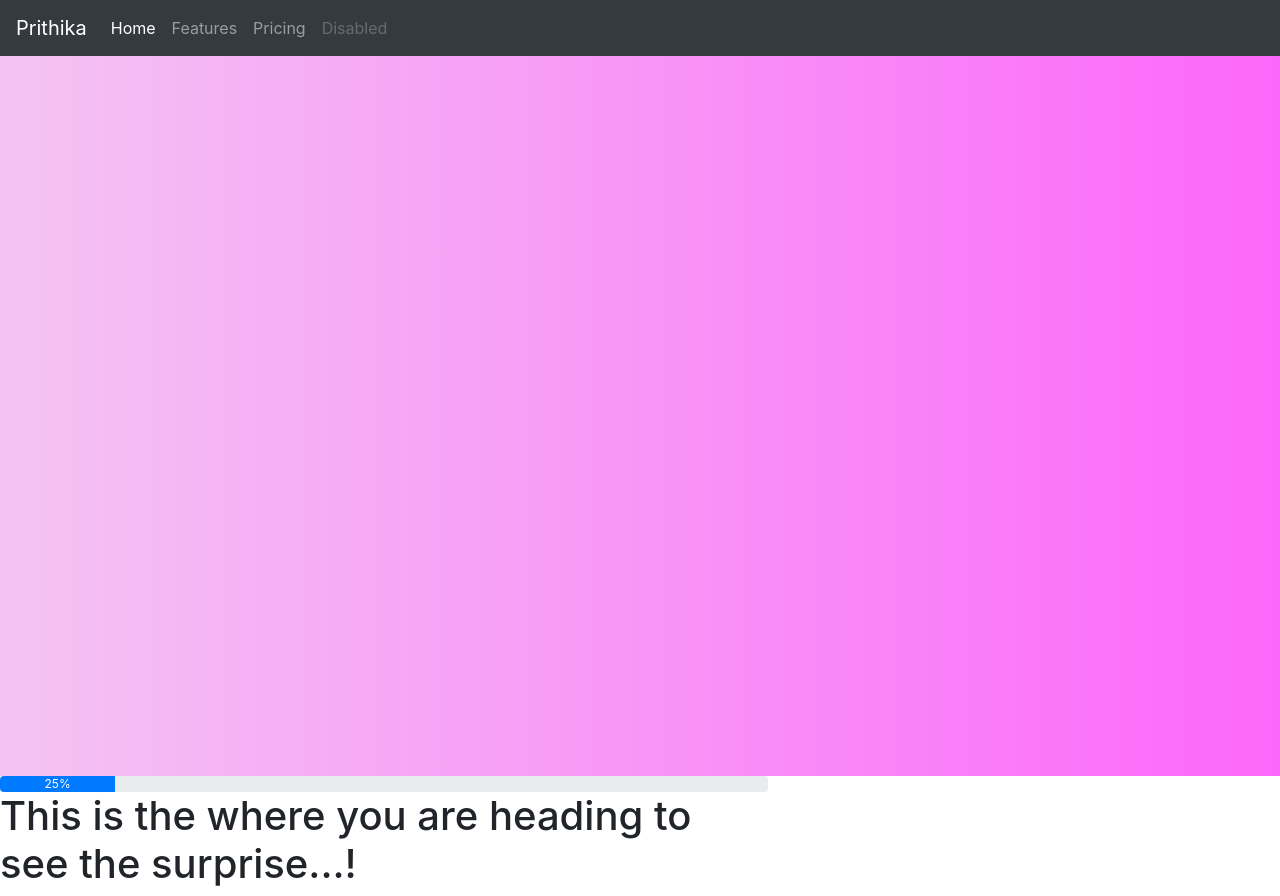
Repository: Imprasna/pritk
Page: index.html
These files come from the project's save history. The page is drawn as it stood at one moment and after the next save; the edit follows.
The browser window is 1280 px wide. The pictures show the whole page.

Above is the page before, as saved 2021-12-15 14:19:10.

### index.html
<!DOCTYPE html>
<html lang="en">

<head>
    <meta charset="UTF-8">
    <meta http-equiv="X-UA-Compatible" content="IE=edge">
    <meta name="viewport" content="width=device-width, initial-scale=1.0">
    <link rel="stylesheet" href="style.css">
    <link rel="stylesheet" href="https://cdn.jsdelivr.net/npm/bootstrap@4.6.1/dist/css/bootstrap.min.css" integrity="sha384-zCbKRCUGaJDkqS1kPbPd7TveP5iyJE0EjAuZQTgFLD2ylzuqKfdKlfG/eSrtxUkn" crossorigin="anonymous">
    <title>Prithika</title>
</head>

<body>

    <header>
        <nav class="navbar navbar-expand-lg navbar-dark bg-dark">
            <a class="navbar-brand" href="#">Prithika</a>
            <button class="navbar-toggler" type="button" data-toggle="collapse" data-target="#navbarNav" aria-controls="navbarNav" aria-expanded="false" aria-label="Toggle navigation">
              <span class="navbar-toggler-icon"></span>
            </button>
            <div class="collapse navbar-collapse" id="navbarNav">
              <ul class="navbar-nav">
                <li class="nav-item active">
                  <a class="nav-link" href="#">Home <span class="sr-only">(current)</span></a>
                </li>
                <li class="nav-item">
                  <a class="nav-link" href="#">Features</a>
                </li>
                <li class="nav-item">
                  <a class="nav-link" href="#">Pricing</a>
                </li>
                <li class="nav-item">
                  <a class="nav-link disabled">Disabled</a>
                </li>
              </ul>
            </div>
          </nav>
    </header>



    <main>

        <section>
            <div class="hero">

            </div>
        </section>

        <section>
            <div class="two">
            <div class="progress">
                <div class="progress-bar" role="progressbar" style="width: 15%;" aria-valuenow="25" aria-valuemin="0" aria-valuemax="100">25%</div>
              </div>
            <h1>This is the where you are heading to see the surprise...!</h1>
        </div>
        </section>


    </main>

    <footer>

    </footer>










    <script src="https://cdn.jsdelivr.net/npm/jquery@3.5.1/dist/jquery.slim.min.js" integrity="sha384-DfXdz2htPH0lsSSs5nCTpuj/zy4C+OGpamoFVy38MVBnE+IbbVYUew+OrCXaRkfj" crossorigin="anonymous"></script>
    <script src="https://cdn.jsdelivr.net/npm/popper.js@1.16.1/dist/umd/popper.min.js" integrity="sha384-9/reFTGAW83EW2RDu2S0VKaIzap3H66lZH81PoYlFhbGU+6BZp6G7niu735Sk7lN" crossorigin="anonymous"></script>
    <script src="https://cdn.jsdelivr.net/npm/bootstrap@4.6.1/dist/js/bootstrap.min.js" integrity="sha384-VHvPCCyXqtD5DqJeNxl2dtTyhF78xXNXdkwX1CZeRusQfRKp+tA7hAShOK/B/fQ2" crossorigin="anonymous"></script>
    <script src="app.js"></script>
</body>

</html>

### style.css
@import url('https://fonts.googleapis.com/css2?family=Mulish:wght@200;300;400;500;600;700&display=swap');

* {
    margin: 0;
    padding: 0;
    box-sizing: border-box;
}

html, body {
    font-family: 'Mulish', sans-serif;
    scroll-behavior: smooth;
}

.hero {
    height: 100vh;
    width: 100%;
    background: linear-gradient(to right, #f4c4f3, #fc67fa);
}

.two {
    width: 60%;
    mr
}

### app.js
$(document).ready(function() {

    // Transition effect for navbar and back-to-top icon
    $(window).scroll(function() {
      // checks if window is scrolled more than 500px, adds/removes solid class
      if($(this).scrollTop() > 550) {
          $('.navbar').addClass('solid');
          $('.back-to-top').addClass('visible');
      } else {
          $('.navbar').removeClass('solid');
          $('.back-to-top').removeClass('visible');
      }

    });


    // Scrolling effect for Arrow icons
    $("#scrollIcon").click(function(e) {
        e.preventDefault();
        $.scrollTo($("#about"), 1000);
    });
    $("#nav-about").click(function(e) {
        e.preventDefault();
        $.scrollTo($("#about"), 1000);
    });
    $("#nav-portfolio").click(function(e) {
        e.preventDefault();
        $.scrollTo($("#portfolio"), 1000);
    });
    $("#nav-contact").click(function(e) {
        e.preventDefault();
        $.scrollTo($("#contact"), 1000);
    });
    $(".navbar-brand").click(function(e) {
        e.preventDefault();
        $.scrollTo(0, 1000);
    });

  });

After the next save:
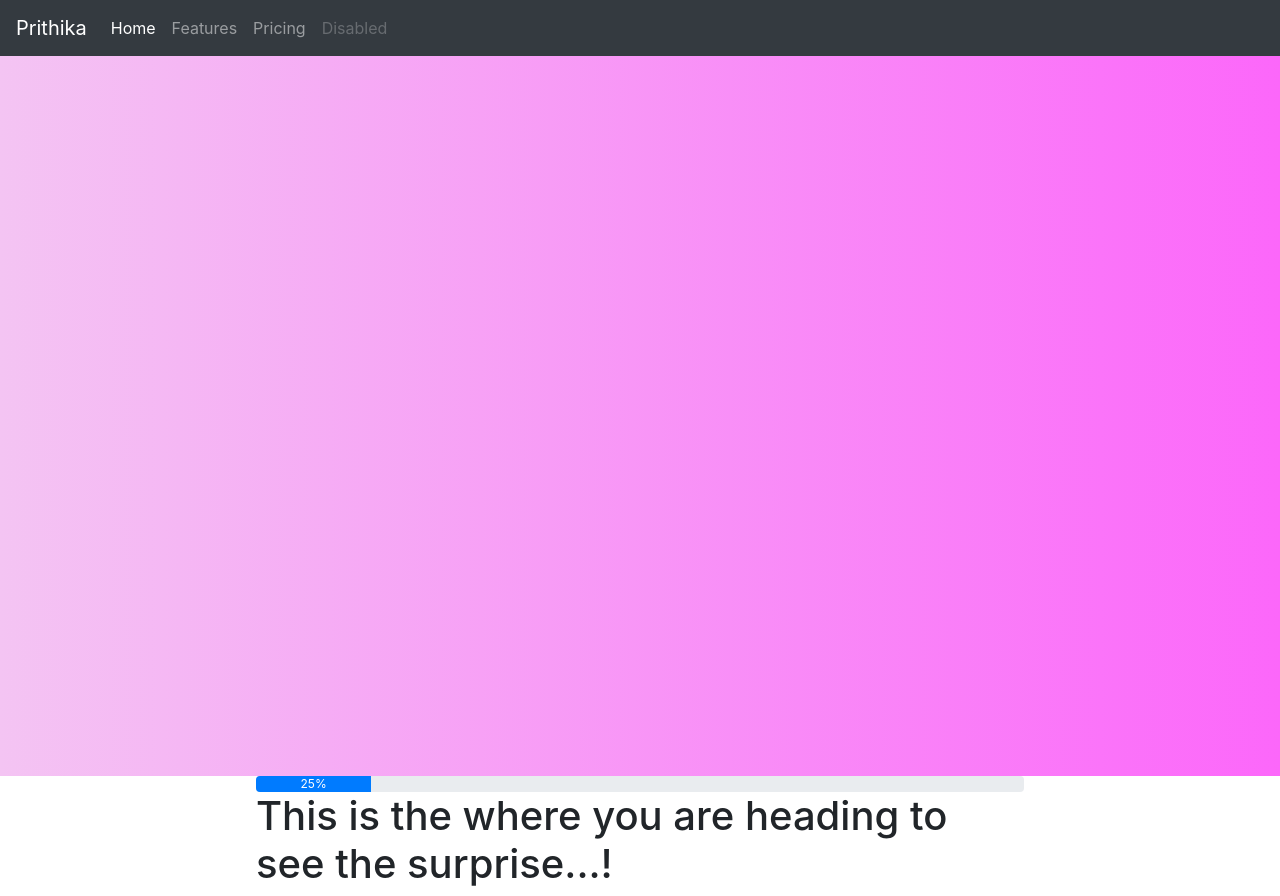
Saved 5 s later.
--- a/style.css
+++ b/style.css
@@ -19,5 +19,5 @@ html, body {
 
 .two {
     width: 60%;
-    mr
+    margin: 0 auto;
 }
